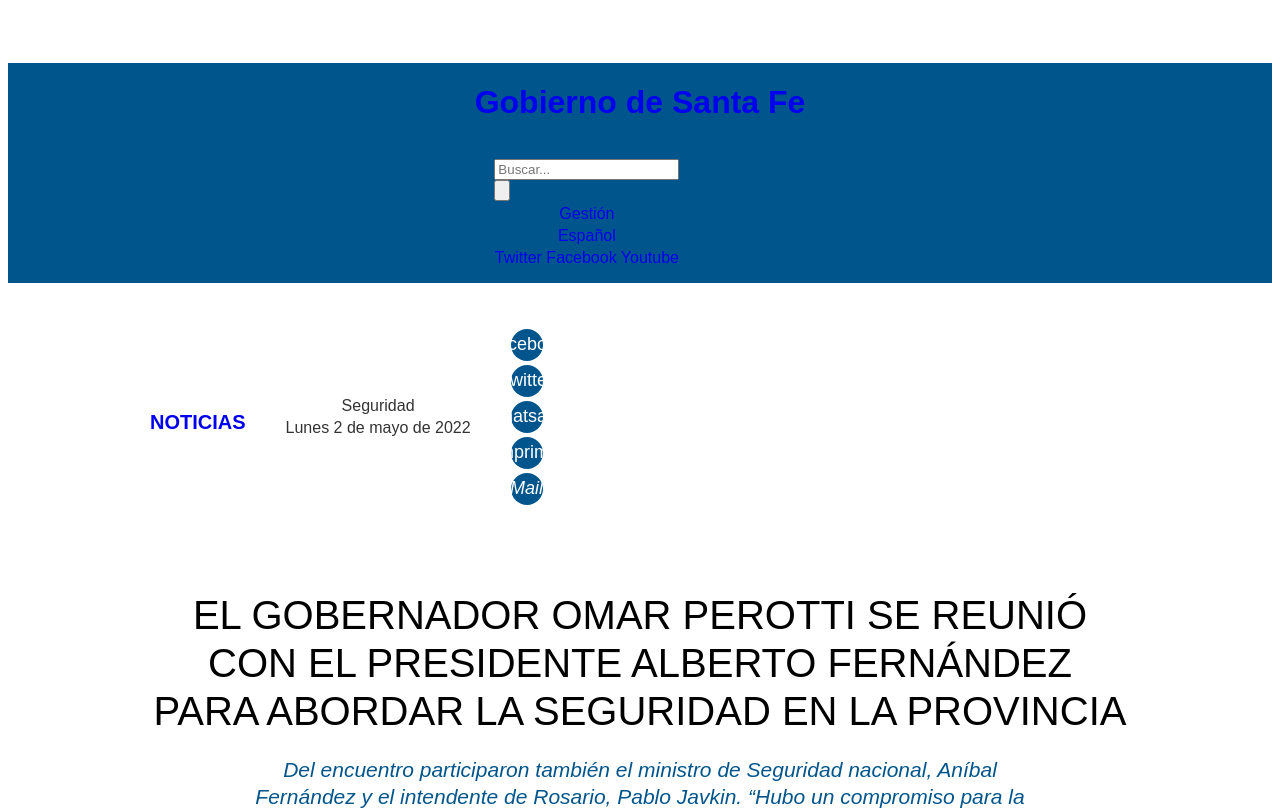
Repository: Larrowo/LPPA
Page: Clase 4/index.html
The author's editor kept a copy of each file at every save. The page is drawn from the files as they stood at one save, then again after the next save.
The browser window is 1280 px wide. The pictures show the part of the page from y = 0 to 811 px (the page is 2957 px tall before and 2902 px after).
A picture or video elsewhere on the page could not be fetched, so the positions and the page height are approximate.

Above is the page before, as saved 2022-05-03 13:30:34.

### Clase 4/index.html
<!DOCTYPE html>
<html lang="en">
<head>
    <meta charset="UTF-8">
    <meta http-equiv="X-UA-Compatible" content="IE=edge">
    <meta name="viewport" content="width=device-width, initial-scale=1.0">
    <title>Document</title>
    <link rel="stylesheet" href="/style.css">
</head>
<body>
    <script>
        function alerta(){
            alert("No sirve este botón :(");
        }
    </script>
    <header id="site-header" class="">
        <div class="container">
            <h1 class="logo logo--sf-header"><a href="https://www.santafe.gob.ar/">Gobierno de Santa Fe</a></h1>
            <a href="#" class="btn-hamburger"><span></span></a>
            <nav class="nav-header">
                <ul class="menu-header">
                     <li class="search-header">
                        <a href="#" class="open-search"><i class="icon-search"></i></a>
                        <form action="/searchgoogle" class="search-form">
                              <input id="q" type="text" placeholder="Buscar..." class="input-search" name="q">
                              <input type="submit" class="submit-search" value="">
                        </form>
                    </li>
                    <!--/search-header-->
                    <li class="gestion dropdown">
                        <a href="#" class="btn-dropdown"><i class="icon-menu"></i><span>Gestión</span></a>
                        <div class="dropdown-menu">
                            <ul>
                                                    <li><a href="http://www.santafe.gob.ar/index.php/web/content/view/full/93661" target="_blank">La provincia</a></li>
                                                    <li><a href="http://www.santafe.gob.ar/index.php/web/content/view/full/93670" target="_blank">Organización del Estado</a></li>
                                                    <li><a href="http://www.santafe.gob.ar/index.php/web/content/view/full/93695" target="_blank">Personal del Estado</a></li>
                                                    <li><a href="http://www.santafe.gob.ar/index.php/web/content/view/full/121711" target="_blank">Educación</a></li>
                                                    <li><a href="http://www.santafe.gob.ar/index.php/web/content/view/full/93702" target="_blank">Cultura</a></li>
                                                    <li><a href="http://www.santafe.gob.ar/index.php/web/content/view/full/93747" target="_blank">Desarrollo Social</a></li>
                                                    <li><a href="http://www.santafe.gob.ar/index.php/web/content/view/full/93760" target="_blank">Trabajo</a></li>
                                                    <li><a href="http://www.santafe.gob.ar/index.php/web/content/view/full/93779" target="_blank">Economía</a></li>
                                                    <li><a href="http://www.santafe.gob.ar/index.php/web/content/view/full/93790" target="_blank">Producción, Ciencia y Tecnología</a></li>
                                                    <li><a href="http://www.santafe.gob.ar/index.php/web/content/view/full/93796" target="_blank">Salud</a></li>
                                                    <li><a href="http://www.santafe.gob.ar/index.php/web/content/view/full/93805" target="_blank">Gobierno, Justicia y Derechos Humanos</a></li>
                                                    <li><a href="http://www.santafe.gob.ar/index.php/web/content/view/full/93815" target="_blank">Seguridad</a></li>
                                                    <li><a href="http://www.santafe.gob.ar/index.php/web/content/view/full/93822" target="_blank">Infraestructura, Servicios Públicos y Hábitat</a></li>
                                                    <li><a href="http://www.santafe.gob.ar/index.php/web/content/view/full/102676" target="_blank">Ambiente y Cambio Climático</a></li>
                                                    <li><a href="http://www.santafe.gob.ar/index.php/web/content/view/full/102282" target="_blank">Impuestos</a></li>
                                                    <li><a href="http://www.santafe.gob.ar/index.php/web/content/view/full/102677" target="_blank">Jubilaciones y Pensiones</a></li>
                                                    <li><a href="http://www.santafe.gob.ar/index.php/web/content/view/full/234992" target="_blank">Pensiones Ley 5110</a></li>
                                                    <li><a href="http://www.santafe.gob.ar/index.php/web/content/view/full/211141" target="_blank">Gestión Pública</a></li>
                                                    <li><a href="http://www.santafe.gob.ar/index.php/web/content/view/full/235832" target="_blank">Igualdad, Género y Diversidad</a></li>
                                                    <li><a href="http://www.santafe.gob.ar/index.php/web/content/view/full/243158" target="_blank">Catastro</a></li>

                            </ul>
                        </div>
                    </li>
                    <!--/gestion-->

                    <li class="idioma dropdown">
                        <a href="#" class="btn-dropdown">Español</a>
                        <div class="dropdown-menu">
                        <ul>
                            <li><a href="/noticias/">Español</a></li>
                            <li><a href="/noticias/pt/">Portugues</a></li>
                            <li><a href="/noticias/en/">English</a></li>
                        </ul>
                        </div>
                    </li>
                    <!--/idioma-->

                    <li class="social-header">
                        <a href="http://www.twitter.com/GobSantaFe" target="_blank"><i class="icon-tw"></i>Twitter</a>
                        <a href="http://www.facebook.com/GobSantaFe" target="_blank"><i class="icon-fb"></i>Facebook</a>
                        <a href="http://www.youtube.com/GobSantaFe" target="_blank"><i class="icon-yt"></i>Youtube</a>
                    </li>
                    <!--/social-header-->
                </ul>
                <!--/menu-header-->
            </nav>
            <!--/nav-header-->
        </div>
        <!--/container-->
    </header>
    <div id="top-post" class="top-post-divider">
        <div class="container">
            <h2 class="title-page"><a href="https://www.santafe.gov.ar/noticias/">Noticias</a></h2>
            <ul class="article-data">
                <li><span class="article-categorie">Seguridad</span></li>
                <li><span class="article-time">Lunes 2 de mayo de 2022</span></li>
            </ul>
            <div class="social-share social-post">
                <ul>
                        <li>
                            <a href="#" onclick="window.open('https://www.facebook.com/sharer.php?u=http%3A%2F%2Fwww.santafe.gob.ar%2Fnoticias%2Fnoticia%2F274554&amp;display=popup&amp;ref=plugin&amp;src=like','facebook_share', 'height=325, width=580, toolbar=no, menubar=no, scrollbars=no, resizable=no, location=no, directories=no, status=no')"><i class="icon-fb-alt"></i>Facebook</a>
                        </li>
                        <li>
                            <a href="https://twitter.com/intent/tweet?original_referer=http%3A%2F%2Fwww.santafe.gob.ar%2Fnoticias%2Fnoticia%2F274554%2F&amp;text=El gobernador Omar Perotti se reunió con el presidente Alberto Fernández para abordar la seguridad en la provincia&amp;via=gobsantafe&amp;url=http%3A%2F%2Fwww.santafe.gob.ar%2Fnoticias%2Fnoticia%2F274554%2F"><i class="icon-tw-alt"></i>Twitter</a>
                        </li>
                        <li>
                            <a href="https://api.whatsapp.com/send?text=Mir%C3%A1%20esta%20noticia%20de%20la%20Provincia%20de%20Santa%20Fe:%20https://www.santafe.gob.ar/noticias/noticia/274554/" target="_blank"><i class="icon-whatsapp"></i>Whatsapp</a>
                        </li>
                        <li>
                            <a href="#" onclick="alerta()"><i class="icon-print"></i>Imprimir</a>
                        </li>
                        <li>
                            <a href="mailto:?subject=El gobernador Omar Perotti se reunió con el presidente Alberto Fernández para abordar la seguridad en la provincia&amp;body=https://www.santafe.gob.ar/noticias/noticia/274554/"><i class="icon-mail">Mail</i></a>
                        </li>
                </ul>
            </div>
        </div>
        <!--/container-->
    </div>
    <section id="header-post">
        <div class="container">
            <div class="box-header">
                <h2 class="title-post">El gobernador Omar Perotti se reunió con el presidente Alberto Fernández para abordar la seguridad en la provincia</h2>
                <p class="headline-post">Del encuentro participaron también el ministro de Seguridad nacional, Aníbal Fernández y el intendente de Rosario, Pablo Javkin. “Hubo un compromiso para la presencia de un destacamento fijo de Gendarmería en Rosario en los próximos 30 días”, afirmó.</p>
            </div>
            <div class="image-post">
                <img src="https://www.santafe.gov.ar/noticias/media/cache/thumb_no_full/recursos/fotos/2022/05/2022-05-02NID_274554O_1.jpeg" alt="">
                <!-- <div class="caption-image">
                    <p>El gobernador Omar Perotti se reunió con el presidente Alberto Fernández para abordar la seguridad en la provincia.</p>
                </div>	 -->
            </div>
            <!--/image-post-->
        </div>
        <!--/container-->
    </section>
    <div id="content-post">

        <div class="container">
            <div class="social-share social-fixed">
                <div class="inner-wrapper-sticky" style="position: relative;">
                    <ul>
                            <li>
                                        <a href="#" onclick="window.open('https://www.facebook.com/sharer.php?u=http%3A%2F%2Fwww.santafe.gob.ar%2Fnoticias%2Fnoticia%2F274554&amp;display=popup&amp;ref=plugin&amp;src=like','facebook_share', 'height=325, width=580, toolbar=no, menubar=no, scrollbars=no, resizable=no, location=no, directories=no, status=no')"><i class="icon-fb-alt"></i>Facebook</a>
                            </li>
                            <li>
                                        <a href="https://twitter.com/intent/tweet?original_referer=http%3A%2F%2Fwww.santafe.gob.ar%2Fnoticias%2Fnoticia%2F274554%2F&amp;text=El gobernador Omar Perotti se reunió con el presidente Alberto Fernández para abordar la seguridad en la provincia&amp;via=gobsantafe&amp;url=http%3A%2F%2Fwww.santafe.gob.ar%2Fnoticias%2Fnoticia%2F274554%2F"><i class="icon-tw-alt"></i>Twitter</a>
                            </li>
                            <li>
                                        <a href="https://api.whatsapp.com/send?text=Mir%C3%A1%20esta%20noticia%20de%20la%20Provincia%20de%20Santa%20Fe:%20https://www.santafe.gob.ar/noticias/noticia/274554/" target="_blank"><i class="icon-whatsapp"></i>Whatsapp</a>
                            </li>
                            <li>
                                        <a href="#" onclick="alerta()"><i class="icon-print"></i>Imprimir</a>
                            </li>
                            <li>
                                        <a href="mailto:?subject=El gobernador Omar Perotti se reunió con el presidente Alberto Fernández para abordar la seguridad en la provincia&amp;body=https://www.santafe.gob.ar/noticias/noticia/274554/"><i class="icon-mail"></i>Mail</a>
                            </li>
                    </ul>
                </div>
            </div>
        </div>
        <!--/container-->

        <div class="entry">
            <p>
                        El gobernador de Santa Fe, Omar Perotti, se reunió este lunes por la tarde con el presidente de la Nación, Alberto Fernández en Casa Rosada, para abordar diversas cuestiones relacionadas a la seguridad en la provincia.</p>

    <p>Tras el encuentro, del que formaron parte también el ministro de Seguridad de la Nación, Aníbal Fernández, y el intendente de Rosario, Pablo Javkin, Perotti afirmó: “La provincia de Santa Fe siente la necesidad de coordinar la presencia de más fuerzas federales en territorio, una acción de la justicia federal más sólida y tener acompañamiento en terrenos de trabajo que el gobierno nacional tiene para aportar en el mejoramiento de muchos de los sectores y barrios donde están las zonas más difíciles del delito”.</p>

    <p>“Estos temas no son nuevos – agregó el gobernador-&nbsp; porque el presidente ha marcado un compromiso para afrontar la situación, definiendo que la Argentina no puede permitir que estos hechos de violencia pasen en su territorio. Y esa definición nos parece central”.</p>

    <p>Asimismo, Perotti aseguró que “no tenemos como provincia la magnitud para enfrentar lo que está ocurriendo en nuestro territorio y necesitamos que todos los argentinos comprendan esa prioridad de presencia en la ciudad de Rosario y Santa Fe”. Y al respecto sumó que “ha habido el compromiso de la presencia de un destacamento fijo de Gendarmería en la ciudad de Rosario que será puesto en marcha en los próximos 30 días con un comandante a cargo de todas las operaciones en el territorio y con los primeros 300 gendarmes para integrar ese equipo”.</p>

    <p>Respecto a ello, el mandatario santafesino consideró “clave para trabajar de la mejor manera con las fuerzas provinciales y en coordinación con el Municipio en la mesa territorial de seguridad desplegada desde el inicio de la gestión”.</p>

    <p><strong>TRABAJO ENTRE NACIÓN, PROVINCIA Y MUNICIPIOS SIN GRIETAS </strong></p>

    <p>Más adelante, el gobernador santafesino aseguró que “son muchos años, mucha acumulación de tiempo y de situaciones que entendemos y queremos abordar de manera diferente”. Y en el mismo sentido, reconoció que “las distintas fuerzas políticas, entidades de la producción, del trabajo, las organizaciones sociales, las parroquias, los pastores, las iglesias, todos están con una preocupación y con un deseo de trabajar de forma conjunta para bajar los niveles de violencia, y en eso, la decisión de que estemos acá, los dos juntos, no es una instancia excepcional, todo lo contrario, así trabajamos en la provincia de Santa Fe, junto a cada intendente, y donde queremos que cada uno de los municipios tenga una creciente participación en la política de seguridad ciudadana”.</p>

    <p>“El trabajo entre Nación, Provincia y Municipios no tiene que tener grietas – aseguró Perotti. Los tiempos y los compromisos a cumplir serán claves con la llegada de un comandante para ayudar a coordinar las fuerzas federales y hacer mucho más operativos y procedimientos. Pero necesitamos trasladarle al resto de la ciudadanía la necesidad de que hay un acompañamiento permanente, que no es aislado, que no es esporádico, que ese destacamento de la Gendarmería es algo efectivo que pueden verlo todos, que está radicado y que está en marcha”.</p>

    <p><strong>REFORZAR LA JUSTICIA FEDERAL</strong></p>

    <p>Asimismo, Perotti manifestó que “el presidente asumió el compromiso de tomar un proyecto común de refuerzo y creación de juzgados y fiscalías de la Justicia Federal para Santa Fe. Existe un proyecto común que diputados de la provincia están trabajando y está el compromiso del presidente para que ese proyecto pueda ser enviado a la Cámara para su tratamiento, siendo específico para reforzar la Justicia Federal en nuestra provincia”.</p>

    <p>“Es una necesidad de todo Santa Fe pero también de todos los argentinos porque no queremos que lo que pasa en nuestra provincia se expanda a otras provincias”, subrayó el gobernador y sumó que “la Nación entiende la prioridad reforzar la Justicia por lo que está viviendo en la coyuntura y no quiere que se expanda al resto del país; y en esto se necesita de todas las fuerzas políticas para acompañar esa nueva realidad de una Justicia Federal con mucha más presencia”.</p>

    <p><strong>PASO FUNDAMENTAL</strong></p>

    <p>Por su parte, Javkin manifestó que además abordaron “la situación carcelaria. Gran parte de los hechos, más del 90%, tiene que ver con una organización desde personas que están cumpliendo condenas, lo que resulta una situación que claramente merece una respuesta”.</p>

    <p>Además, refirió que trataron “acelerar los procesos de urbanización porque cambiar el tejido de las ciudades hace a la seguridad ciudadana pero fundamentalmente tener una autoridad con quien coordinar donde y como se despliegan esas fuerzas federales que hoy tenemos en territorio. Creo que la necesidad de un comando unificado qué se resolvería dentro de esta semana es un paso fundamental y es lo que hemos planteado también en concreto hoy”.</p>

    <p>Por último, señaló: “Siempre en estas situaciones hay más expectativas por los resultados efectivos, pero hubo puntos muy directos: la designación de un comandante; el establecimiento en este nuevo plazo del destacamento; la ley que podría generar designaciones de juzgados federales; la situación del sistema carcelario de presos federales en la provincia y los procesos de urbanización de barrios, fueron los cinco puntos estratégicos”, concluyó.</p>

    <p></p>

    <p></p>

        </div>
        <!--entry-->

    </div>
</body>
</html>

### Clase 4/style.css
body {
  background-color: #fff;
  font-family: "Poppins", sans-serif;
  color: #333;
  padding-top: 55px;
}

ul {
  display: flex;
  align-items: center;
  justify-content: center;
  list-style: none;
  flex-direction: column;
  gap: 0.25rem;
}

a {
  text-decoration: none;
}

li {
  text-decoration: none;
}

strong {
  margin: 0;
  padding: 0;
  border: 0;
  outline: 0;
  font-size: 100%;
  vertical-align: baseline;
  background: transparent;
}

p,
h2 {
  display: block;
  margin-block-start: 1em;
  margin-block-end: 1em;
  margin-inline-start: 0px;
  margin-inline-end: 0px;
}

h2 {
  font-size: 20px;
  text-transform: uppercase;
  font-weight: 700;
  margin-bottom: 10px;
  line-height: 120%;
  color: #000;
}






#top-post.top-post-divider .container {
    position: relative;
}

.container {
    max-width: 980px;
    margin-left: auto;
    margin-right: auto;
}

#top-post .container {
    padding-top: 30px;
    padding-bottom: 30px;
    display: flex;
    -webkit-box-align: center;
    -ms-flex-align: center;
    align-items: center;
}


#site-header {
    background-color: #d85e5e;
    display: flex;
    align-items: baseline;
    gap: 1rem;
    font-family: "Poppins", sans-serif;
    background-color: #00558c;
  }

  #site-header .nav-header {
    width: calc(100% - 126px);
    z-index: 2;
    -webkit-box-shadow: none;
    box-shadow: none;
    height: auto;
    background: transparent;
    position: static;
    display: -webkit-box;
    display: -ms-flexbox;
    display: flex;
    -webkit-box-pack: end;
    -ms-flex-pack: end;
    justify-content: flex-end;
}


#header-post {
  font-family: "Poppins", sans-serif;
  font-size: 40px;
  text-align: center;
  padding-bottom: 50px;
}

#header-post .title-post {
  font-size: 40px;
  margin-bottom: 20px;
  text-align: center;
  font-weight: 300;
  text-transform: uppercase;
  line-height: 120%;
  color: #000;
}

#header-post .headline-post {
  font-size: 21px;
  line-height: 130%;
  padding: 0 100px;
  color: #00558c;
  font-weight: 300;
  font-style: italic;
}

#content-post {
    display: flex;
    justify-content: center;
  }

.entry {
  text-align: left;
}

.entry p {
  color: #333333;
  width: 100%;
  max-width: 980px;
  margin: 0 auto 20px auto;
  font-weight: 300;
  font-size: 18px;
  line-height: 150%;
  padding: 0 100px;
  font-family: "Poppins", sans-serif;
}



.social-share ul li a {
  pointer-events: all;
  display: flex;
  -webkit-box-align: center;
  -ms-flex-align: center;
  align-items: center;
  -webkit-box-pack: center;
  -ms-flex-pack: center;
  justify-content: center;
  width: 32px;
  height: 32px;
  border-radius: 50%;
  background-color: #00558c;
  color: #fff;
  font-size: 18px;
  -webkit-transition: all 0.2s ease;
  -o-transition: all 0.2s ease;
  transition: all 0.2s ease;
}

.inner-wrapper-sticky{
    position: sticky;
}

.gestion.dropdown {
  position: relative;
}

.dropdown-menu a {
  color: white;
}

.dropdown-menu {
  position: absolute;
  padding: 0.75rem;
  border-radius: 0.25rem;
  box-shadow: 0 1px 5px rgb(0 0 0 / 20%);
  opacity: 0;
  transform: translateY(-10px);
  transition: opacity 150ms ease-in-out, transform 150ms ease-in-out;
  pointer-events: none;
  background-color: black;
}

.gestion.dropdown > .btn-dropdown:focus + .dropdown-menu {
  opacity: 1;
  transform: translateY(0);
  pointer-events: auto;
}

.idioma.dropdown > .btn-dropdown:focus + .dropdown-menu {
  opacity: 1;
  transform: translateY(0);
  pointer-events: auto;
}

After the next save:
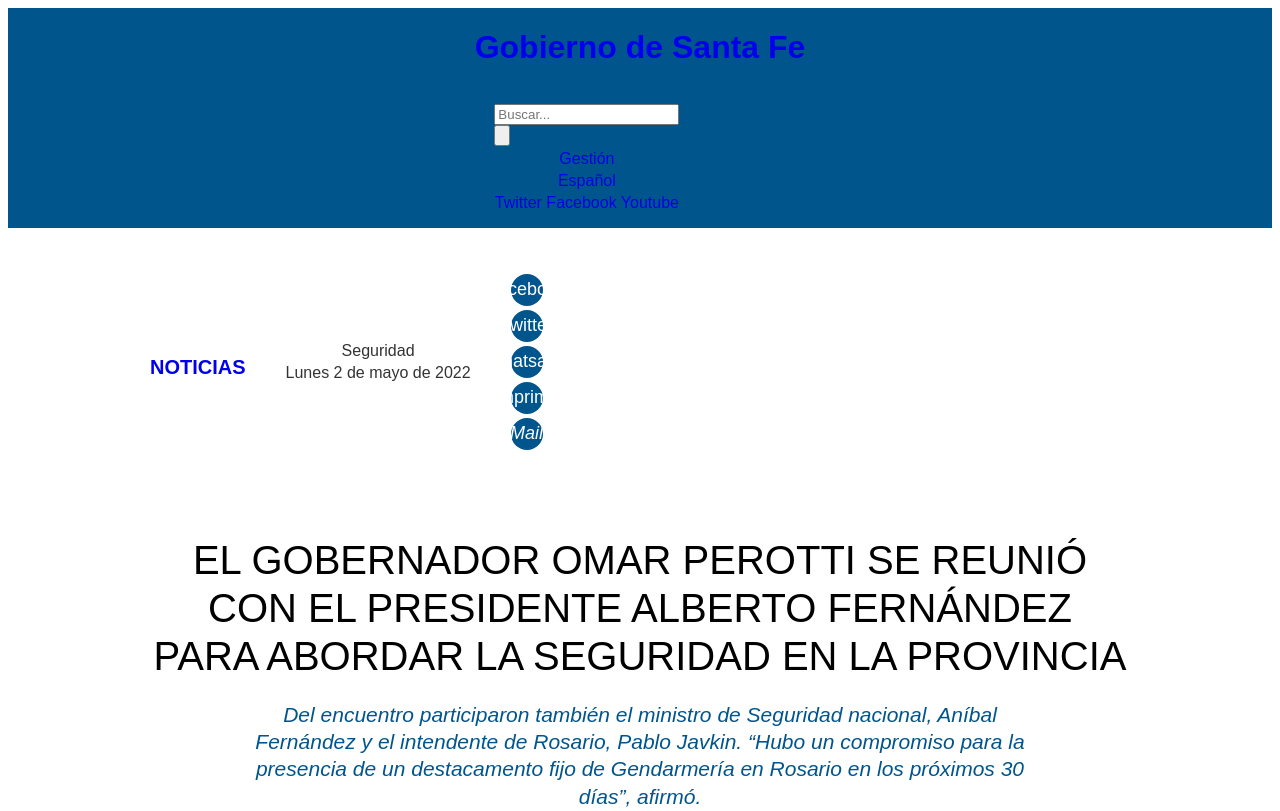
Saved 26 s later.
--- a/Clase 4/style.css
+++ b/Clase 4/style.css
@@ -2,7 +2,7 @@
   background-color: #fff;
   font-family: "Poppins", sans-serif;
   color: #333;
-  padding-top: 55px;
+
 }
 
 ul {
